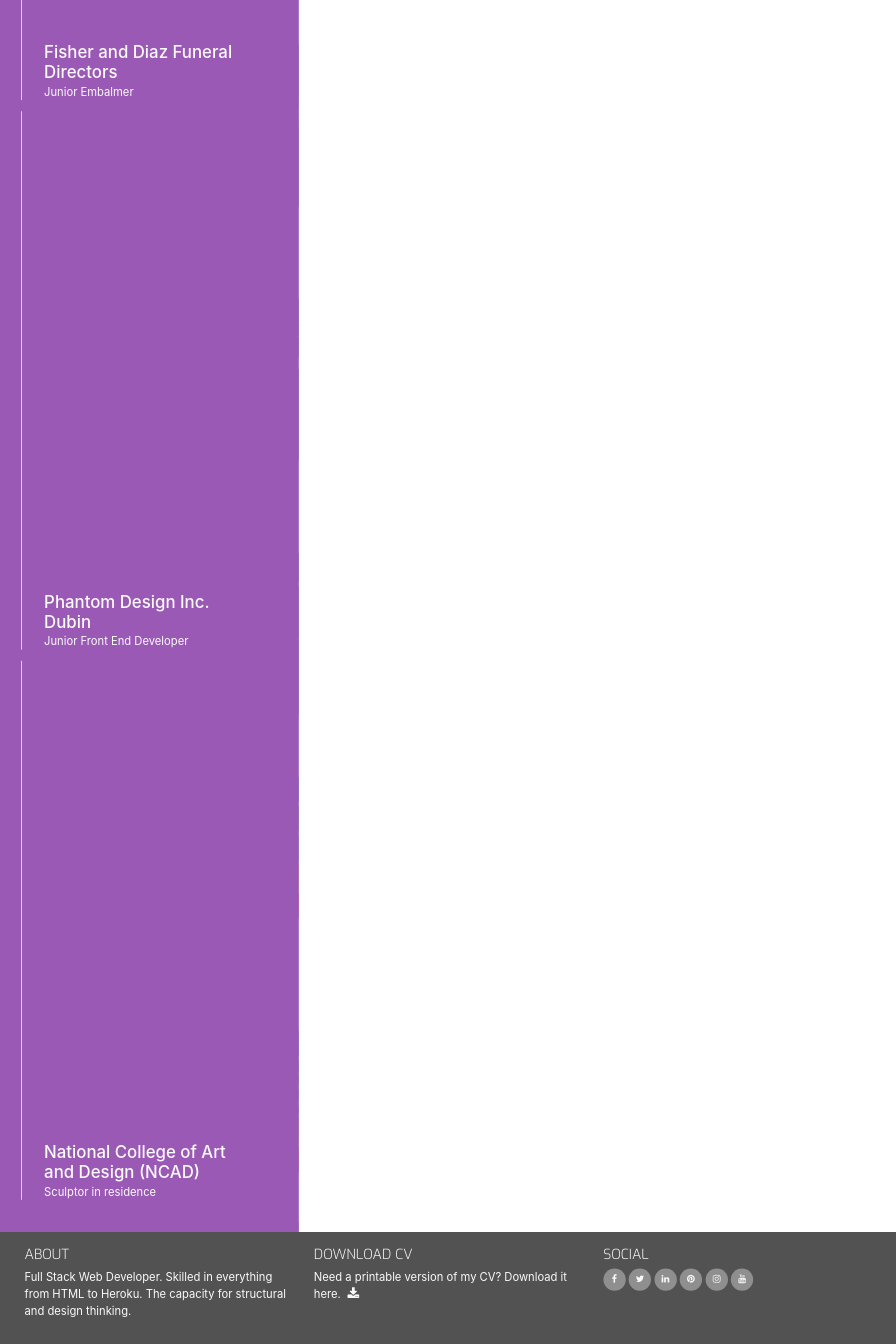
Repository: armedcor/resume-project
Page: resume.html
The author's editor kept a record of every edit. The page is drawn from the files as they stood at one moment, then again after the next edit.
The browser window is 1280 px wide. The pictures show the part of the page from y = 1890 to 3810 px (the page is 3810 px tall before and 3781 px after), at 70% of full size.

Above is the page before.

After the next edit:
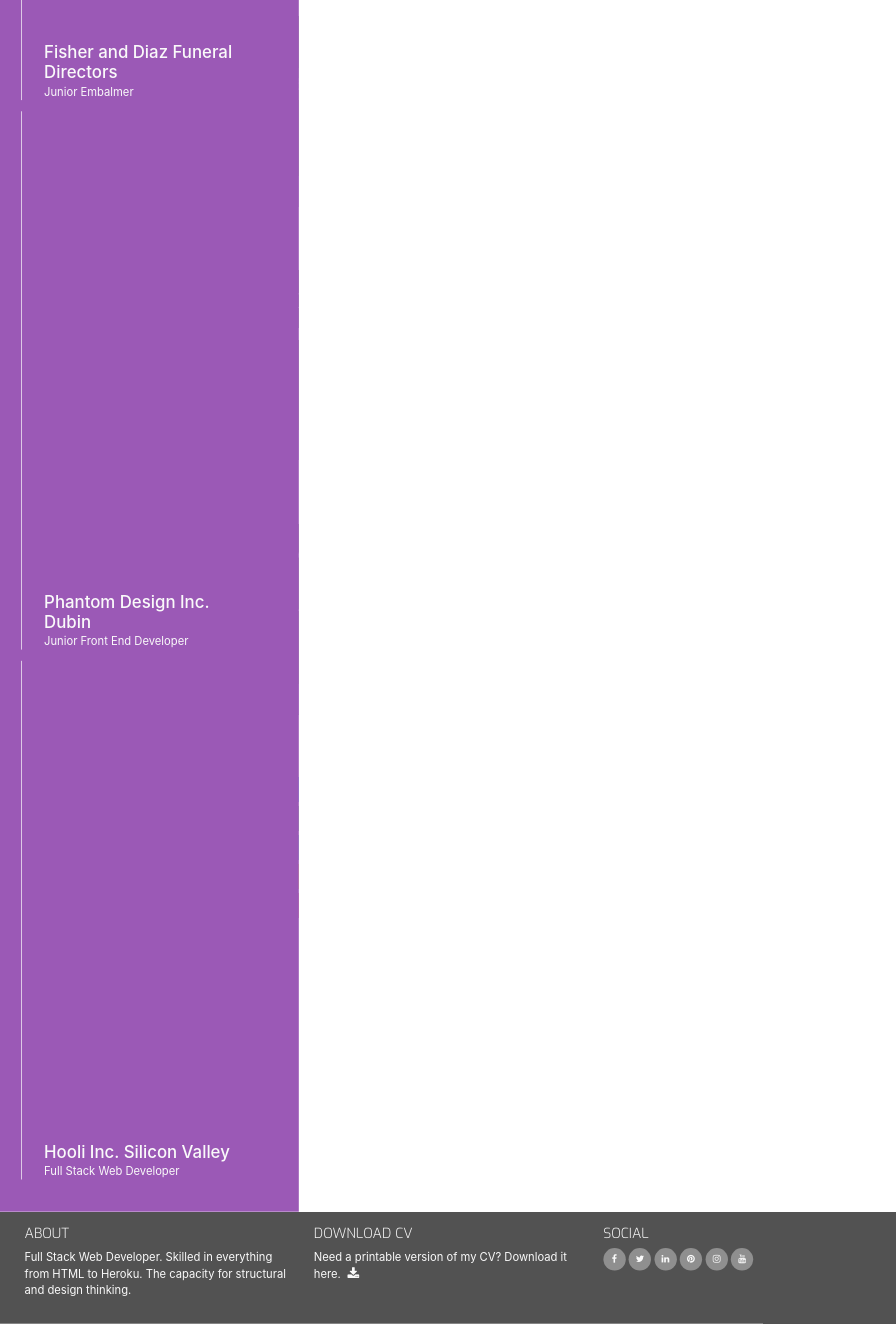
The edit:
--- a/resume.html
+++ b/resume.html
@@ -67,9 +67,9 @@
                         <h4>Phantom Design Inc. Dubin</h4>
                         <p>Junior Front End Developer</p>
                     </div>
-                    <div class="timeline-item" data-dates="02/1998 - 04/2004">
-                        <h4>National College of Art and Design (NCAD)</h4>
-                        <p>Sculptor in residence</p>
+                    <div class="timeline-item" data-dates="06/2011 - present">
+                        <h4>Hooli Inc. Silicon Valley</h4>
+                        <p>Full Stack Web Developer</p>
                     </div>
                 </div>
             </div>
